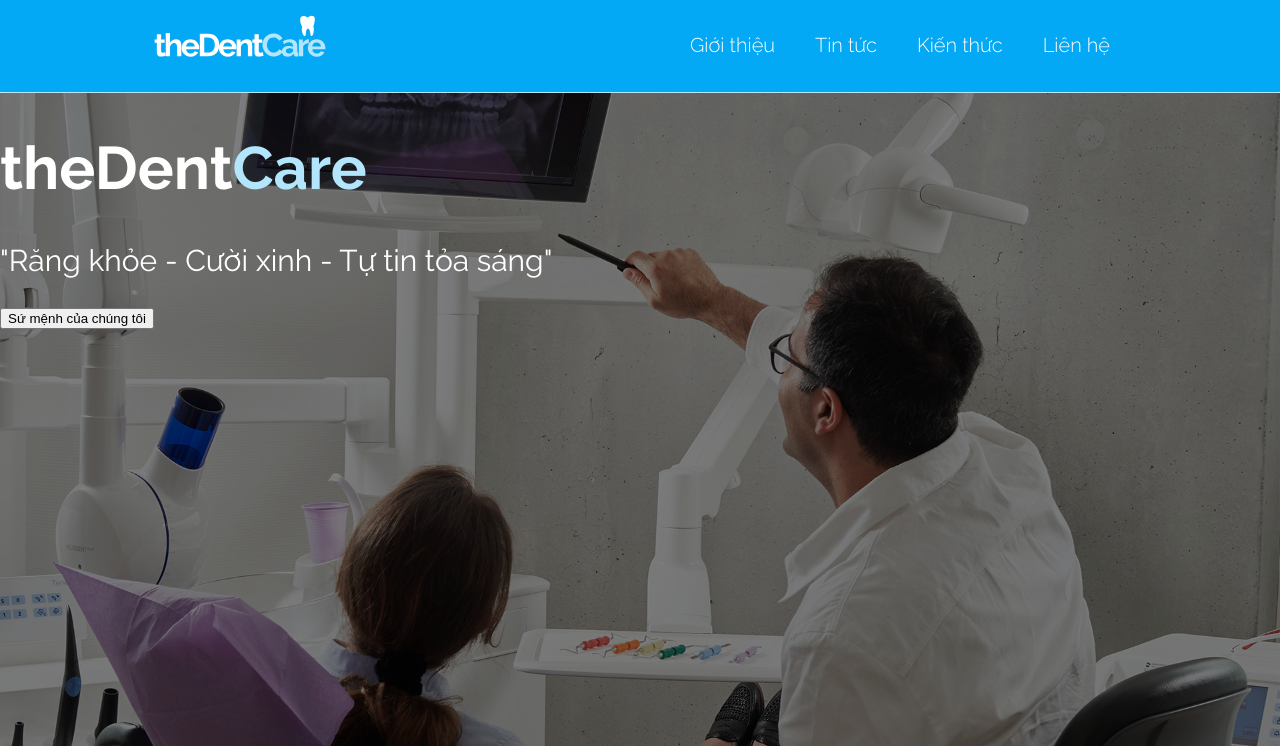
Repository: vantoan19/theDentCare
Page: / (app in theDentalCare/the-dental-care/)
The author's editor kept a copy of each file at every save. The page is drawn from the files as they stood at one save, then again after the next save.
The browser window is 1280 px wide. The pictures show the whole page.
The project was rebuilt for these pictures with package versions that can differ from the ones it lists, and the page was loaded fresh each time. The framework's server and built-in components were replaced by stand-ins that run in the browser.

Above is the page before, as saved 2022-09-22 02:03:47.

After the next save:
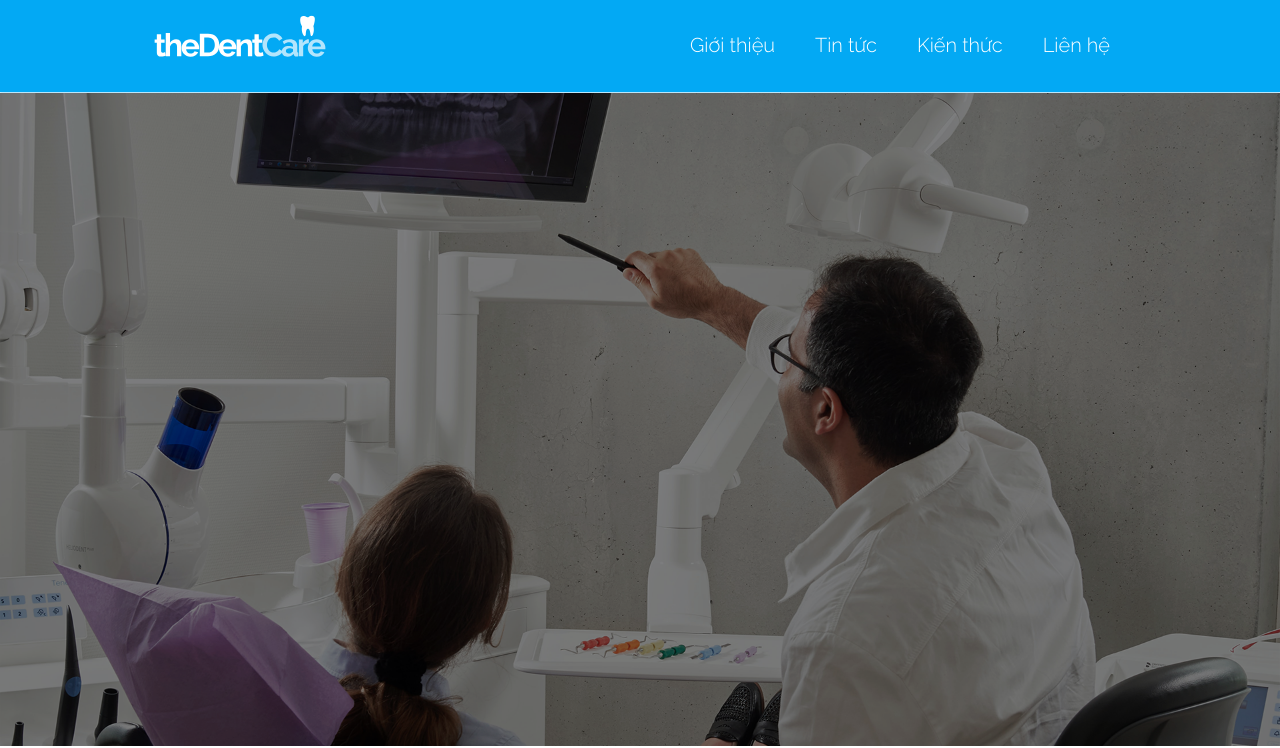
Saved 9 s later.
--- a/theDentalCare/the-dental-care/pages/index.js
+++ b/theDentalCare/the-dental-care/pages/index.js
@@ -28,7 +28,7 @@
   width: 100%;
   position: absolute;
   top: 0;
-
+  right: 50%;
 `
 
 const HomeContainer = styled.div`
